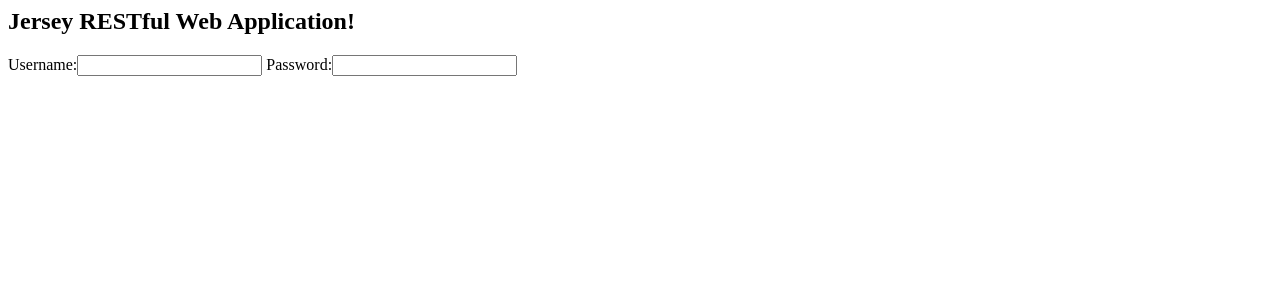
Repository: Vidhya2796/ATPTrainingFoldersJEECloud
Page: http://localhost/validation/
These files come from the project's save history. The page is drawn as it stood at one moment and after the next save; the edit follows.
The browser window is 1280 px wide. The pictures show the whole page.
The page is served by Tomcat 9. Other server files are loaded and not shown.

Above is the page before, as saved 2018-12-20 05:18:38.

### SpringREST/validation/src/main/webapp/index.jsp
<html>
<body>
    <h2>Jersey RESTful Web Application!</h2>
    <!-- <p><a href="webapi/myresource">Jersey resource</a>
    <p>Visit <a href="http://jersey.java.net">Project Jersey website</a>
    for more information on Jersey! -->
    <!-- <p><a href="webapi/validate">Jersey Validation</a> -->
    <form action="webapi/validate" method="get">
    	Username:<input type="text" name="uname">
    	Password:<input type="password" name="pass">

    </form>


</body>
</html>

After the next save:
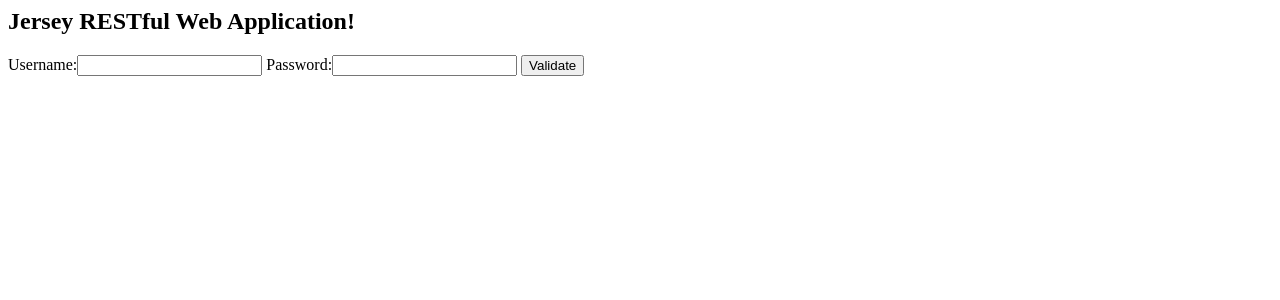
Saved 38 s later.
--- a/SpringREST/validation/src/main/webapp/index.jsp
+++ b/SpringREST/validation/src/main/webapp/index.jsp
@@ -8,6 +8,7 @@
     <form action="webapi/validate" method="get">
     	Username:<input type="text" name="uname">
     	Password:<input type="password" name="pass">
+    	<input type="submit" value="Validate">
 
     </form>
 
